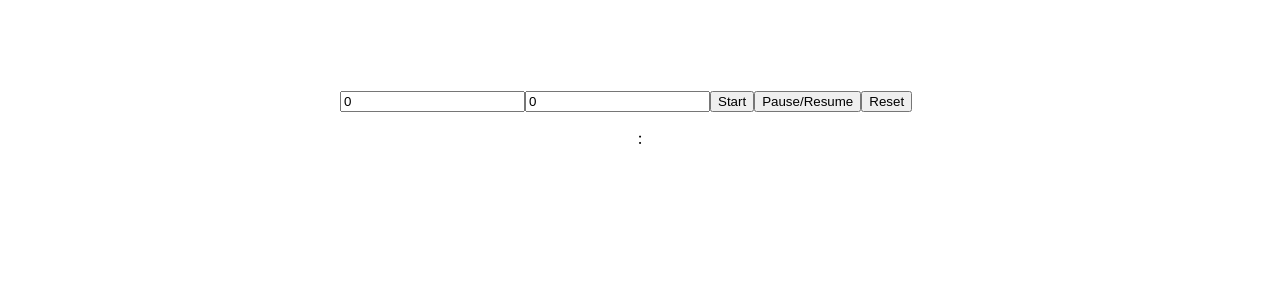
Repository: rafimohammad839/React-Time-App
Page: /
These files come from the project's save history. The page is drawn as it stood at one moment and after a run of saves; the edit follows.
The browser window is 1280 px wide. The pictures show the whole page.
The project was rebuilt for these pictures with package versions that can differ from the ones it lists, and the page was loaded fresh each time.

Above is the page before, as saved 2022-06-26 13:06:50.

After the next 2 saves:
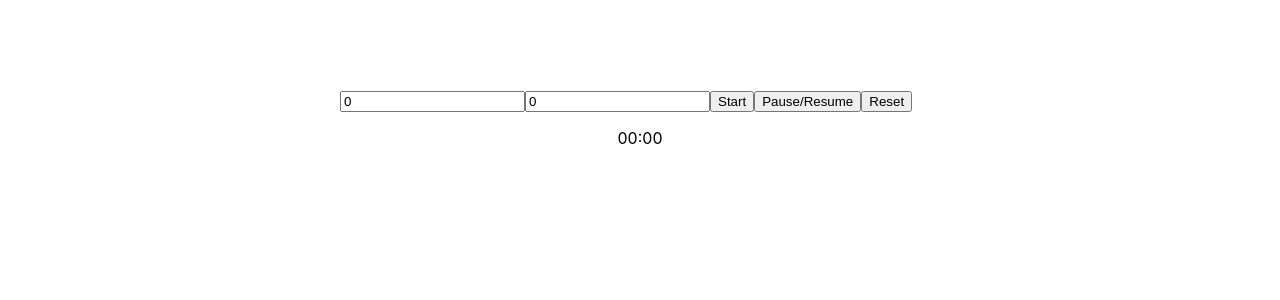
The 2 saves are shown as one change because 1 did not build or start.
The last was saved 20 s later.
--- a/src/components/Timer.js
+++ b/src/components/Timer.js
@@ -7,7 +7,7 @@ const Timer = () => {
   const [second, setSecond] = useState(0);
   const [startTime, setStartTime] = useState(false);
 
-  const [displayTime, setDisplayTime] = useState({ min: "", sec: "" });
+  const [displayTime, setDisplayTime] = useState({ min: '00', sec: '00' });
 
   const handleChange = (e) => {
     if (e.target.value < 0) return;
